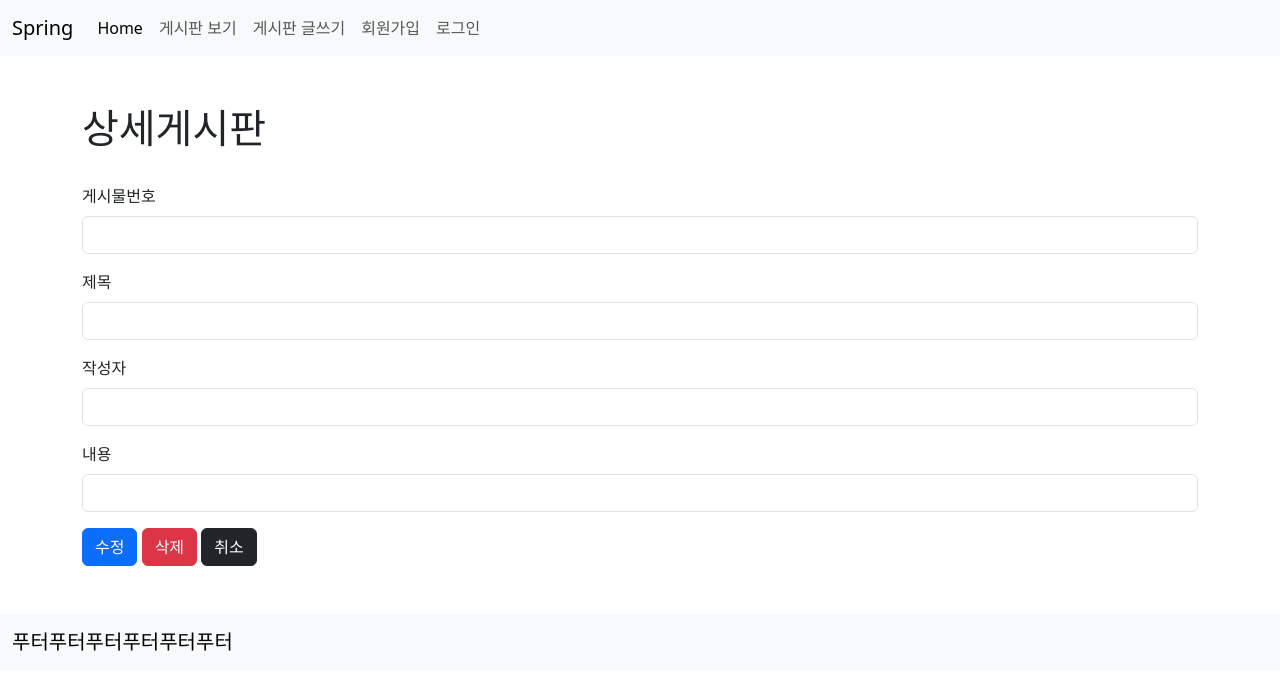
Repository: Jensuchan/spring_solo_project
Page: http://localhost/spring_test/WEB-INF/views/board/modify.jsp
An editor plug-in stored every save of this project. The page is shown before and after the next save, followed by the edit.
The browser window is 1280 px wide. The pictures show the whole page.
The page is served by Tomcat 9. Nobody is signed in. The template is opened directly, without the code that normally fills it, so the values that code supplies are empty.

Above is the page before, as saved 2024-01-17 00:20:37.

After the next save:
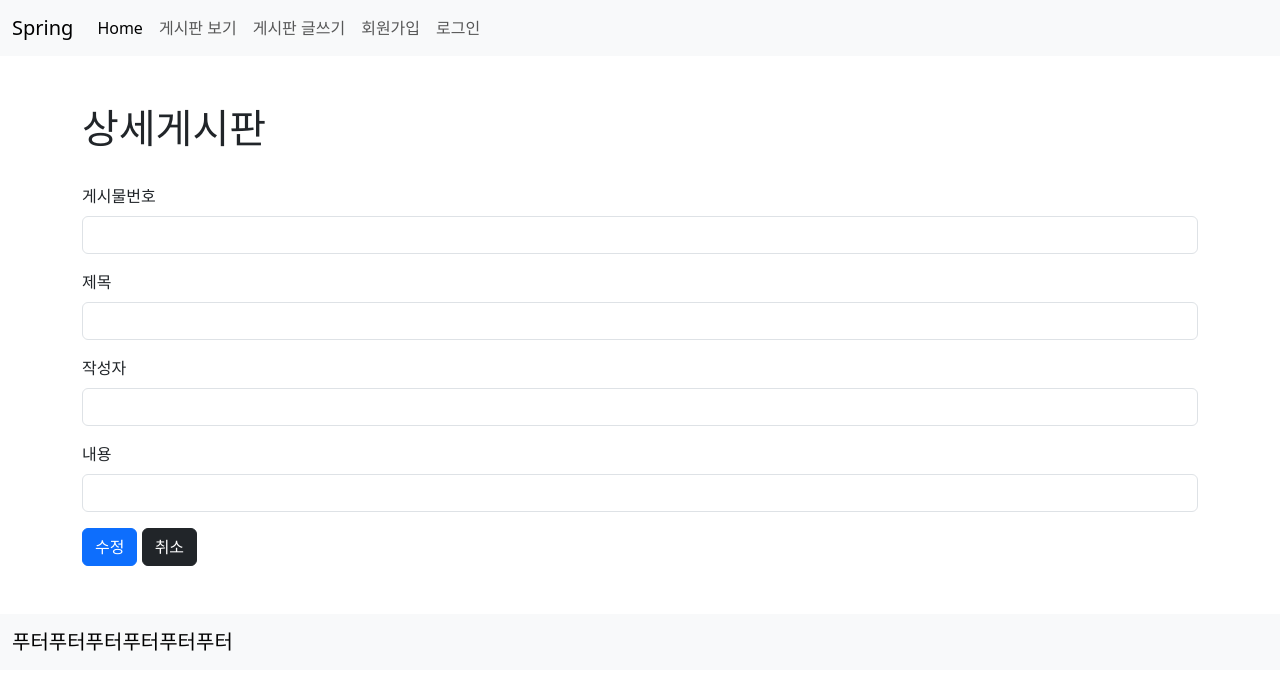
Saved 4 s later.
--- a/spring_test/src/main/webapp/WEB-INF/views/board/modify.jsp
+++ b/spring_test/src/main/webapp/WEB-INF/views/board/modify.jsp
@@ -27,7 +27,6 @@
 		</div>
 
 		<a href="/board/modify"><button type="button" class="btn btn-primary">수정</button></a>
-		<a href="/"><button type="button" class="btn btn-danger">삭제</button></a>
 		<a href="/board/list"><button type="button" class="btn btn-dark">취소</button></a>
 	</form>
 </div>
